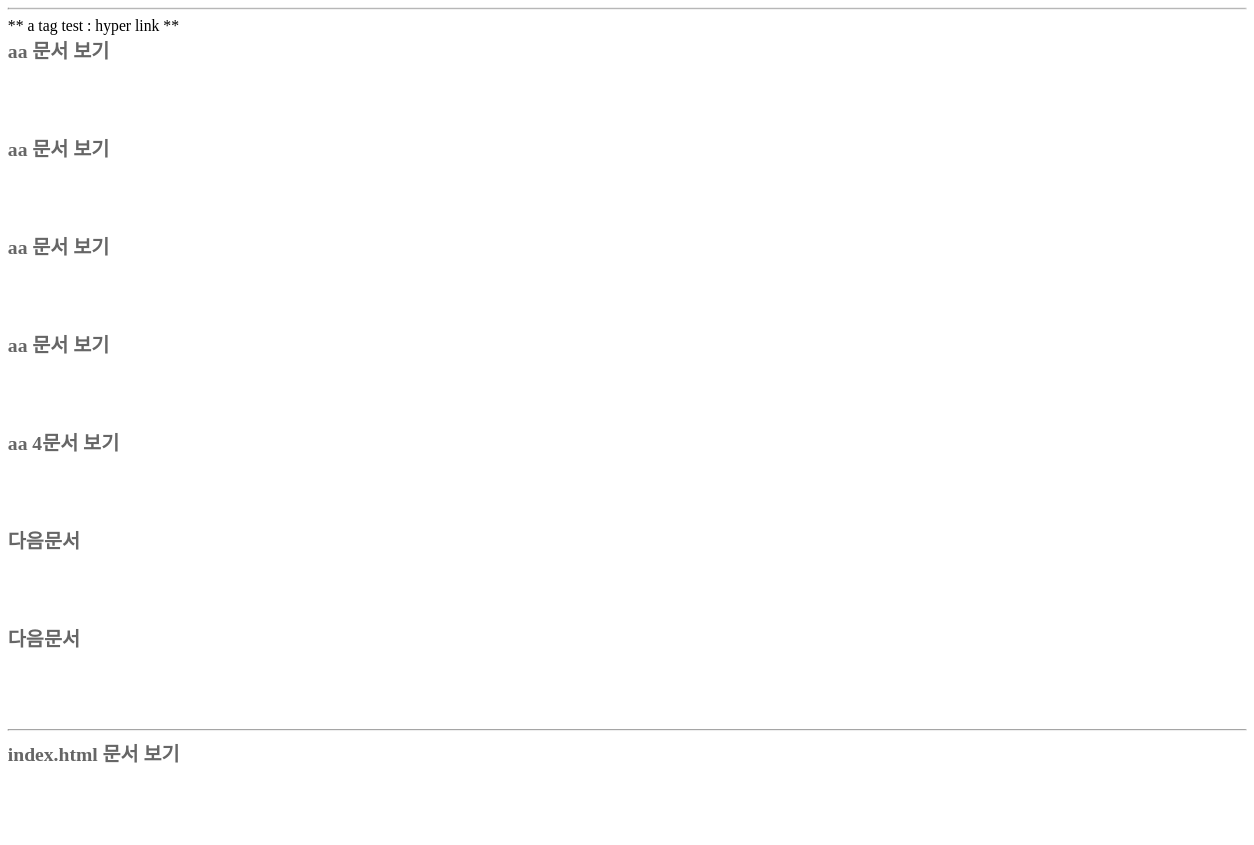
Repository: lsgsg/lsgsg
Page: wsou/webBasic/WebContent/cc.html
The author's editor kept a copy of each file at every save. The page is drawn from the files as they stood at one save, then again after the next save.
The browser window is 1280 px wide. The pictures show the whole page, at 98% of full size.

Above is the page before, as saved 2018-08-14 04:05:23.

### wsou/webBasic/WebContent/cc.html
<!DOCTYPE html>
<html>
<head>
<meta charset="UTF-8">
<title>이미지와 링크에 대해서</title>
<style>
	.imgStyle { }
	a{ text-decoration : none;
	   color : #666;
	   font-size : 20px;
	   font-weight:bold;
	   width:200px;
	   height:100px;
	   display:block;

	   }
	img {width:100%; height:100%;}
</style>
</head>
<body>
<!--
<div class = 'imgStyle'>
	<a href = "http://www.naver.com" target = "_blank">
		<img src = "image/mouse.png" title ="툴팁">
	</a>
	<a href = "http://www.daum.net" target = "_blank">
		<img src = "image/menu1.jpg" title ="툴팁2" width = "50%" align = "right">
	</a>
	<a href = "#">
		<img src ="https://t1.daumcdn.net/daumtop_chanel/op/20170315064553027.png" alt="네이버 이미지">
	</a>
	<embed src ="image/mycafe.swf"  autostart="true" alt="원래는 비디오 사운드 파일을 담는 태그">
</div>
-->
<hr>
** a tag test : hyper link ** <br>
<a href="aa.html"> aa 문서 보기 </a>
<a href="aa.html" target = "_new"> aa 문서 보기 </a>
<a href="aa.html" target = "_blank"> aa 문서 보기 </a>
<a href="aa.html" target = "_self"> aa 문서 보기 </a>
<a href="http://192.168.0.18/webBasic/aa.html"> aa 4문서 보기 </a>
<a href ="http://www.daum.net">다음문서</a>
<a href ="http://www.daum.net:80/index.html">다음문서</a>



<hr>
<a href="http://192.168.0.18/webBasic/index.html"> index.html 문서 보기 </a>
</body>
</html>

After the next save:
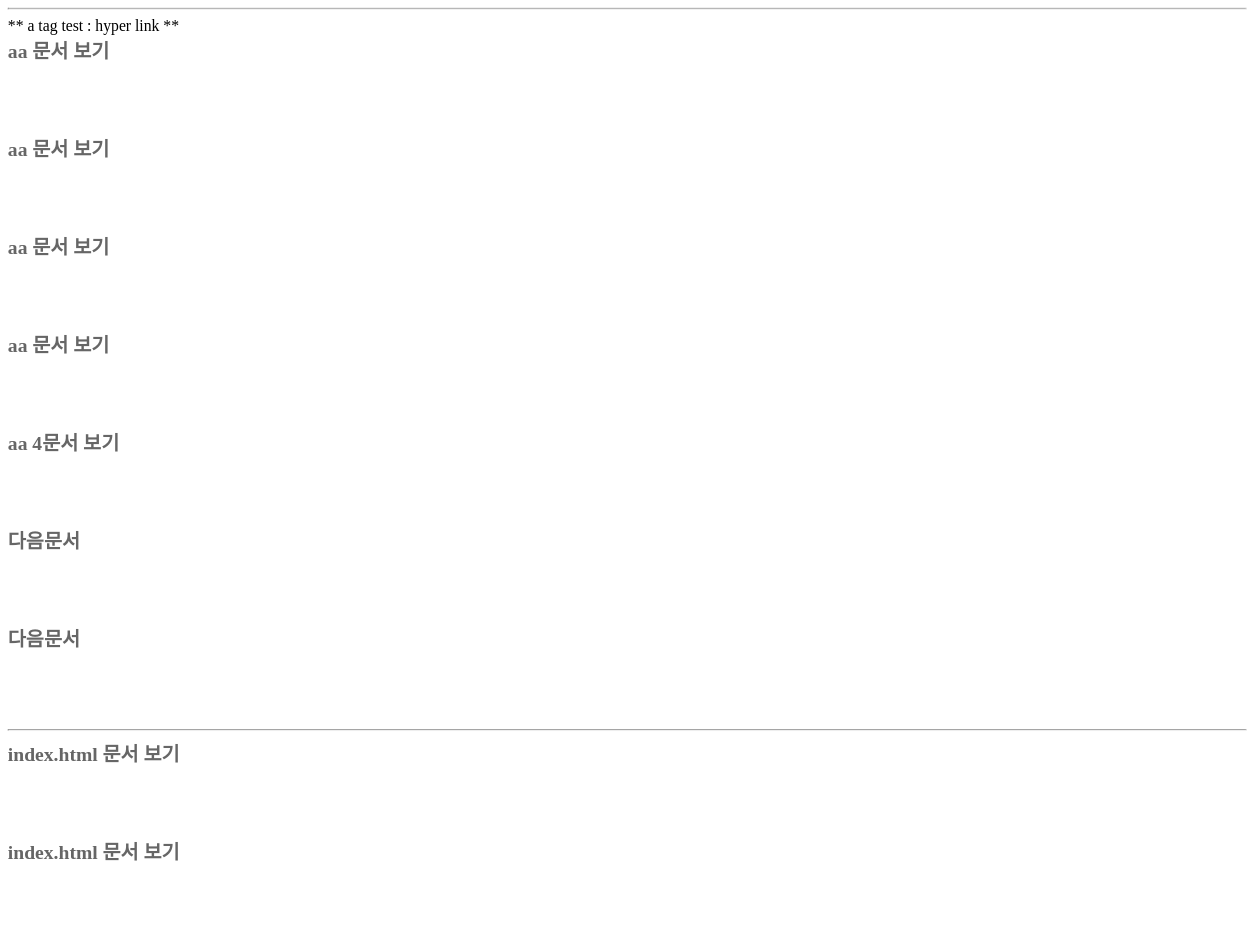
Saved 54 s later.
--- a/wsou/webBasic/WebContent/cc.html
+++ b/wsou/webBasic/WebContent/cc.html
@@ -46,5 +46,6 @@
 
 <hr>
 <a href="http://192.168.0.18/webBasic/index.html"> index.html 문서 보기 </a>
+<a href="http://192.168.0.18/webBasic"> index.html 문서 보기 </a>
 </body>
 </html>
